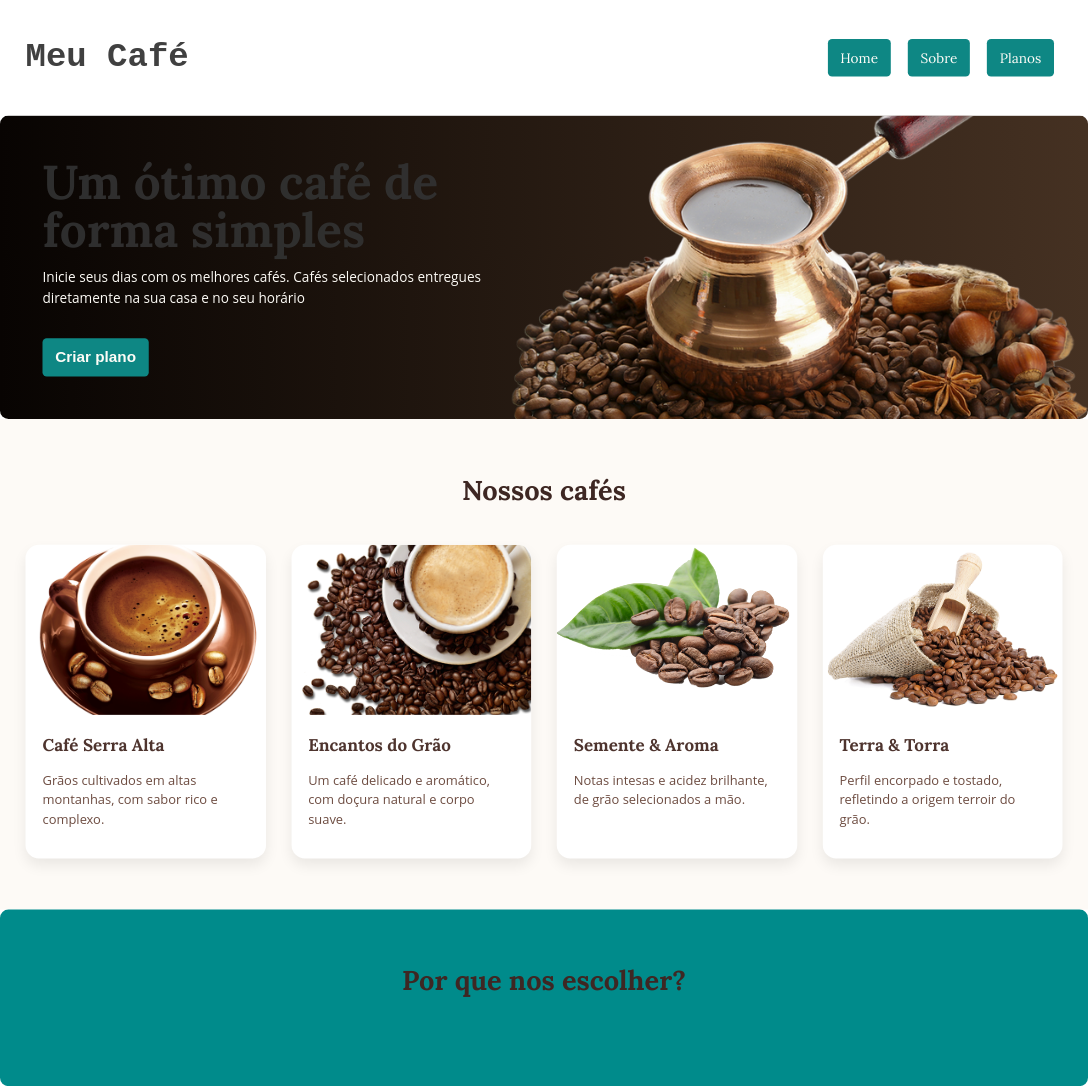
Repository: meiotera/meu_cafe.dev
Page: /
The author's editor kept a copy of each file at every save. The page is drawn from the files as they stood at one save, then again after the next save.
The browser window is 1280 px wide. The pictures show the whole page, at 85% of full size.
The project was rebuilt for these pictures with package versions that can differ from the ones it lists, and the page was loaded fresh each time. Also part of the build but not shown: vite.config.js, src/Pages/AboutUs.jsx, src/Pages/YourPlane.jsx.

Above is the page before, as saved 2025-04-03 14:15:36.

### src/index.css
@import url('https://fonts.googleapis.com/css2?family=Lora:wght@400;700&display=swap');

:root {
  font-family: 'Lora', sans-serif;
  line-height: 1.5;
  font-weight: 400;
  box-sizing: border-box; /* Mantido */

  color: rgba(255, 255, 255, 0.87);

  font-synthesis: none;
  text-rendering: optimizeLegibility;
  -webkit-font-smoothing: antialiased;
  -moz-osx-font-smoothing: grayscale;
}

a {
  font-weight: 500;
  color: #646cff;
  text-decoration: inherit;
}
a:hover {
  color: #535bf2;
}

h1,
h2,
h3 {
  font-family: 'Lora', sans-serif;
  color: rgba(50, 49, 49, 0.93);
  margin: 0; /* Removido o margin */
}

p {
  font-family: 'Open Sans', sans-serif;
}

body {
  max-width: 1280px;
  margin: 0 auto;
}

### src/App.jsx
import React from 'react';
import { BrowserRouter, Routes, Route } from 'react-router-dom';

import Home from './Pages/Home';
import AboutUs from './Pages/AboutUs';
import YourPlane from './Pages/YourPlane';

import Header from './components/Header/Header';
import Main from './components/Main/Main';

function App() {
  return (
    <>
      <BrowserRouter>
        <Header />

        <Main>
          <Routes>
            <Route path="/" element={<Home />} />
            <Route path="/sobre" element={<AboutUs />} />
            <Route path="planos" element={<YourPlane />} />
          </Routes>
        </Main>
      </BrowserRouter>
    </>
  );
}

export default App;

### src/Pages/Home.jsx
import React from 'react';
import Main from '../components/Main/Main';
import Banner from '../components/Banner/Banner';

import styles from './Home.module.css';

const Home = () => {
  return (
    <>
      <Banner
        titulo={'Um ótimo café de forma simples'}
        imagem={'artesanal'}
        texto={
          'Inicie seus dias com os melhores cafés. Cafés selecionados entregues diretamente na sua casa e no seu horário'
        }
        botao={'Criar plano'}
      />

      <section className={styles.collection}>
        <div className={styles.titulo}>
          <h2>Nossos cafés</h2>
        </div>

        <div className={styles.collectionCards}>
          <div className={styles.cafeCard}>
            <div className={styles.imgContainer}>
              <img src="../../img/serraalta.png" alt="" srcset="" />
            </div>
            <div className={styles.texto}>
              <h3>Café Serra Alta</h3>
              <p>
                Grãos cultivados em altas montanhas, com sabor rico e complexo.
              </p>
            </div>
          </div>

          <div className={styles.cafeCard}>
            <div className={styles.imgContainer}>
              <img src="../../img/encantos.png" alt="" srcset="" />
            </div>
            <div className={styles.texto}>
              <h3>Encantos do Grão</h3>
              <p>
                Um café delicado e aromático, com doçura natural e corpo suave.
              </p>
            </div>
          </div>

          <div className={styles.cafeCard}>
            <div className={styles.imgContainer}>
              <img src="../../img/sementeearoma.png" alt="" srcset="" />
            </div>
            <div className={styles.texto}>
              <h3>Semente & Aroma</h3>
              <p>
                Notas intesas e acidez brilhante, de grão selecionados a mão.
              </p>
            </div>
          </div>

          <div className={styles.cafeCard}>
            <div className={styles.imgContainer}>
              <img src="../../img/terraetorra.png" alt="" srcset="" />
            </div>
            <div className={styles.texto}>
              <h3>Terra & Torra</h3>
              <p>
                Perfil encorpado e tostado, refletindo a origem terroir do grão.
              </p>
            </div>
          </div>
        </div>
      </section>

      <section className={styles.porque}>
        <div className={styles.titulo}>
          <h2>Por que nos escolher?</h2>
        </div>
      </section>
    </>
  );
};

export default Home;

### src/components/Header/Header.jsx
import React from 'react';

import styles from './Header.module.css';
import NavBar from '../NavBar/NavBar';
import Banner from '../Banner/Banner';

const Header = () => {
  return (
    <header className={styles.header}>
      <h1 className={styles.titulo}>Meu Café</h1>

      <NavBar />
    </header>
  );
};

export default Header;

### src/components/Main/Main.jsx
import React from 'react';

const Main = ({ children }) => {
  return <main>{children}</main>;
};

export default Main;

### src/components/Banner/Banner.jsx
import React from 'react';

import styles from './Banner.module.css';

const Banner = ({ titulo, texto, botao }) => {
  return (
    <div className={styles.banner}>
      <div className={styles.containerText}>
        <h2>{titulo}</h2>

        <p>{texto}</p>
        {botao && <button className={styles.button}>{botao}</button>}
      </div>
    </div>
  );
};

export default Banner;

### src/Pages/Home.module.css
.collection,
.porque {
  padding: 60px 30px;
  background-color: #fdfaf6;
}

.porque {
  background-color: darkcyan;
  border-radius: 10px;
}

.titulo h2 {
  font-size: 2rem;
  text-align: center;
  margin-bottom: 40px;
  color: #3e2723;
}

.collectionCards {
  display: grid;
  grid-template-columns: repeat(auto-fit, minmax(200px, 1fr));
  gap: 30px;
  justify-items: center;
}

.cafeCard {
  background: #fff;
  border-radius: 16px;
  box-shadow: 0 8px 16px rgba(0, 0, 0, 0.08);
  overflow: hidden;
  max-width: 320px;
  transition: transform 0.3s ease, box-shadow 0.3s ease;
}

.cafeCard:hover {
  transform: translateY(-5px);
  box-shadow: 0 12px 24px rgba(0, 0, 0, 0.15);
}

.imgContainer {
  width: 100%;
  height: 200px;
}

.imgContainer img {
  width: 100%;
  height: 100%;
  object-fit: cover;
}

.texto {
  padding: 20px;
}

.texto h3 {
  font-size: 1.25rem;
  margin-bottom: 10px;
  color: #4e342e;
}

.texto p {
  font-size: 0.95rem;
  color: #6d4c41;
}

### src/components/Header/Header.module.css
.header {
  height: max-content;
  color: rgba(50, 49, 49, 0.93);

  padding: 30px;
  display: flex;
  flex-wrap: wrap;
  justify-content: center;
  align-items: center;
}

.titulo {
  font-size: 2.5em;
  font-family: 'Courier New', Courier, monospace;
  font-weight: bold;
}

@media screen and (min-width: 548px) {
  .header {
    justify-content: space-between;
  }
}

### src/components/NavBar/NavBar.jsx
import React from 'react';
import { NavLink } from 'react-router-dom';

import styles from './NavBar.module.css';

const NavBar = () => {
  return (
    <nav className={styles.navbar}>
      <ul>
        <li>
          <NavLink to={'/'}>Home</NavLink>
        </li>
        <li>
          <NavLink to={'/sobre'}>Sobre</NavLink>
        </li>
        <li>
          <NavLink to={'/planos'}> Planos</NavLink>
        </li>
      </ul>
    </nav>
  );
};
export default NavBar;

### src/components/Banner/Banner.module.css
.banner {
  background-image: url('../../../public/img/artesanal.png'),
    linear-gradient(to left, #453122, #080402);

  background-repeat: no-repeat;
  background-position: right;
  display: flex;

  justify-content: space-between;
  align-items: center;
  padding: 30px 50px;
  border-radius: 10px;
}

.containerText {
  color: #fefcf7;
  max-width: 50%;
  padding: 20px 0;
}

.containerText h2 {
  font-size: 3.5em;
  line-height: 1;
}

.button {
  border: none;
  background-color: #0e8784;
  border-radius: 5px;
  padding: 12px 15px;
  color: #fefcf7;
  font-weight: bold;
  font-size: 18px;
  cursor: pointer;
  margin-top: 20px;
  transition: ease-in-out 0.2s;
}

.button:hover {
  background-color: #189b99;
}

@media screen and (max-width: 820px) {
  .containerText {
    max-width: 500px;
  }
}

### src/components/NavBar/NavBar.module.css
.navbar ul {
  display: flex;
  padding: 0;
  justify-content: space-between;
}

.navbar li {
  list-style: none;
  margin: 10px;
}

.navbar a {
  padding: 12px 15px;
  background-color: #0e8784;
  border-radius: 5px;
  color: #fefcf7;
}

.navbar a:hover {
  background-color: #189b99;
}

Loaded but not shown: index.html (common file); src/main.jsx (common file)

After the next save:
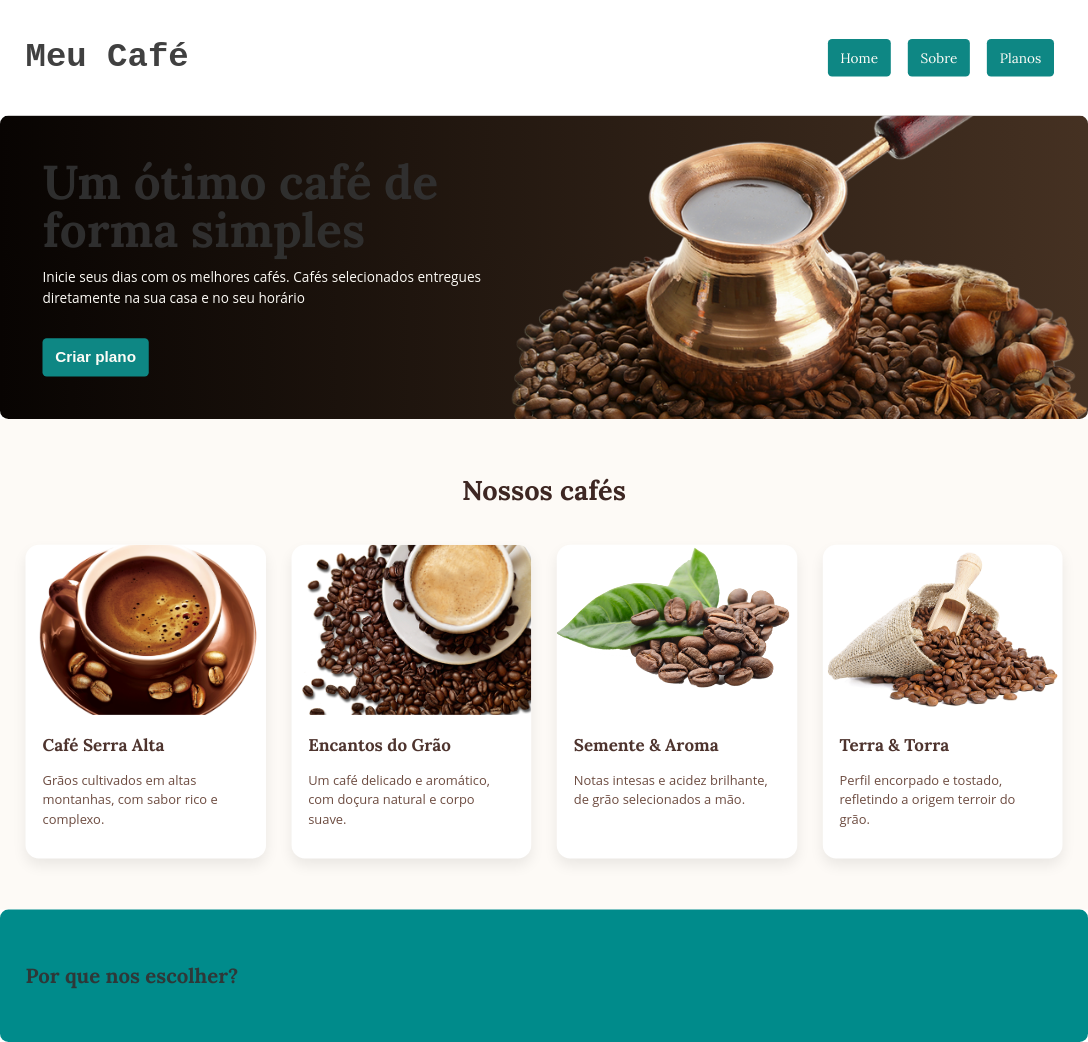
Saved 27 s later.
--- a/src/Pages/Home.jsx
+++ b/src/Pages/Home.jsx
@@ -73,7 +73,7 @@ const Home = () => {
       </section>
 
       <section className={styles.porque}>
-        <div className={styles.titulo}>
+        <div className={styles.descricao}>
           <h2>Por que nos escolher?</h2>
         </div>
       </section>
